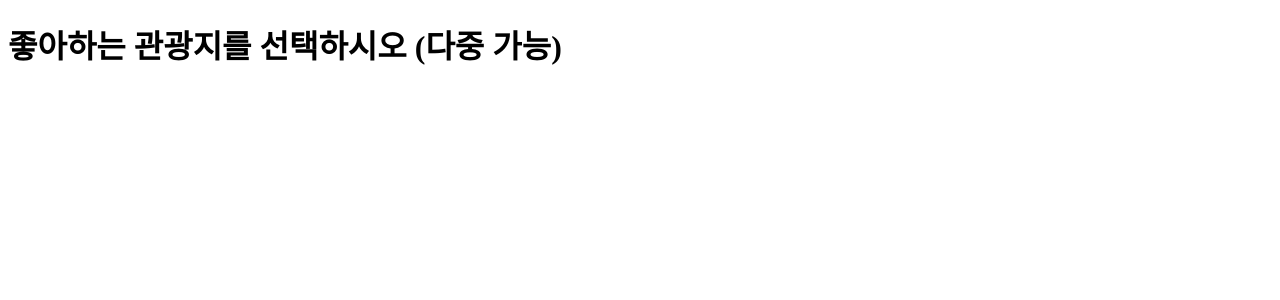
Repository: minimelody/servlet
Page: webworkspace2/web1/WebContent/views/ex1/check.html
These files come from the project's save history. The page is drawn as it stood at one moment and after the next save; the edit follows.
The browser window is 1280 px wide. The pictures show the whole page.

Above is the page before, as saved 2018-05-17 08:04:22.

### webworkspace2/web1/WebContent/views/ex1/check.html
<!DOCTYPE html>
<html>
<head>
<meta charset="UTF-8">
<title>Insert title here</title>
</head>
<body>
	<h1>좋아하는 관광지를 선택하시오 (다중 가능)</h1>
</body>
</html>

After the next save:
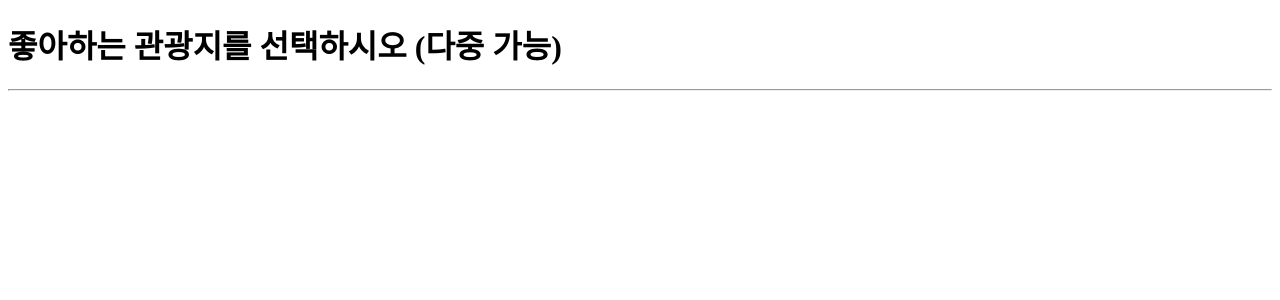
Saved 24 s later.
--- a/webworkspace2/web1/WebContent/views/ex1/check.html
+++ b/webworkspace2/web1/WebContent/views/ex1/check.html
@@ -6,5 +6,7 @@
 </head>
 <body>
 	<h1>좋아하는 관광지를 선택하시오 (다중 가능)</h1>
+	<hr>
+	<form action="check"
 </body>
 </html>
